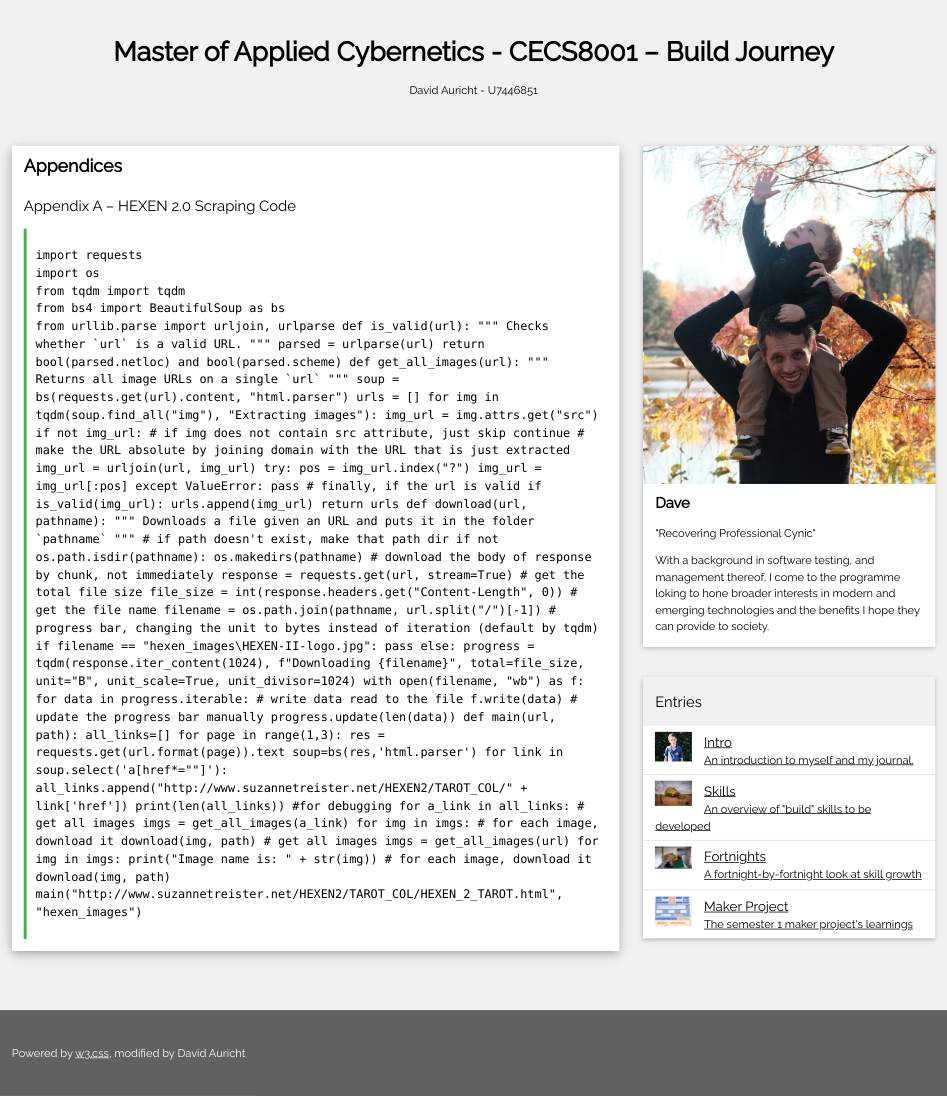
Repository: TodaysSawyer/cecs_8001_journal
Page: CECS_8001_build_journal/appendices.html
An editor plug-in stored every save of this project. The page is shown before and after the next save, followed by the edit.
The browser window is 1280 px wide. The pictures show the whole page, at 74% of full size.

Above is the page before, as saved 2022-08-23 11:06:29.

### CECS_8001_build_journal/appendices.html
<!--Site layout and design credit goes to W3 Schools' "Blog template" from https://www.w3schools.com/w3css/tryw3css_templates_blog.htm-->
<!--Modifications and content by David Auricht-->

<!DOCTYPE html>
<html>
<head>
<title>David Auricht's Cybernetics Build Journal</title>
<meta charset="UTF-8">
<meta name="viewport" content="width=device-width, initial-scale=1">
<link rel="stylesheet" href="https://www.w3schools.com/w3css/4/w3.css">
<link rel="stylesheet" href="https://fonts.googleapis.com/css?family=Raleway">
<style>
body,h1,h2,h3,h4,h5 {font-family: "Raleway", sans-serif}
</style>
</head>
<body class="w3-light-grey">

<!-- w3-content defines a container for fixed size centered content,
and is wrapped around the whole page content, except for the footer in this example -->
<div class="w3-content" style="max-width:1400px">

<!-- Header -->
<header class="w3-container w3-center w3-padding-32">
  <h1><b>Master of Applied Cybernetics - CECS8001 – Build Journey</b></h1>
  <p>David Auricht - U7446851</p>
</header>

<!-- Grid -->
<div class="w3-row">

<!-- Blog entries -->
<div class="w3-col l8 s12">
  <!-- Blog entry -->
  <div class="w3-card-4 w3-margin w3-white">
    <div class="w3-container">
      <h3><b>Appendices</b></h3>
    </div>

    <div class="w3-container">
      <h4>Appendix A – HEXEN 2.0 Scraping Code</h4>
      <div class="w3-code">
        <p>import requests
        <br>import os
        <br>from tqdm import tqdm
        <br>from bs4 import BeautifulSoup as bs
        <br>from urllib.parse import urljoin, urlparse

          def is_valid(url):
              """
              Checks whether `url` is a valid URL.
              """
              parsed = urlparse(url)
              return bool(parsed.netloc) and bool(parsed.scheme)

          def get_all_images(url):
              """
              Returns all image URLs on a single `url`
              """
              soup = bs(requests.get(url).content, "html.parser")
              urls = []
              for img in tqdm(soup.find_all("img"), "Extracting images"):
                  img_url = img.attrs.get("src")
                  if not img_url:
                     # if img does not contain src attribute, just skip
                      continue
                 # make the URL absolute by joining domain with the URL that is just extracted
                  img_url = urljoin(url, img_url)
                  try:
                      pos = img_url.index("?")
                      img_url = img_url[:pos]
                  except ValueError:
                      pass
                  # finally, if the url is valid
                  if is_valid(img_url):
                      urls.append(img_url)
              return urls

          def download(url, pathname):
              """
              Downloads a file given an URL and puts it in the folder `pathname`
              """
              # if path doesn't exist, make that path dir
              if not os.path.isdir(pathname):
                  os.makedirs(pathname)
              # download the body of response by chunk, not immediately
              response = requests.get(url, stream=True)
              # get the total file size
              file_size = int(response.headers.get("Content-Length", 0))
              # get the file name
              filename = os.path.join(pathname, url.split("/")[-1])
              # progress bar, changing the unit to bytes instead of iteration (default by tqdm)
              if filename == "hexen_images\HEXEN-II-logo.jpg":
                  pass
              else:
                  progress = tqdm(response.iter_content(1024), f"Downloading {filename}", total=file_size, unit="B", unit_scale=True, unit_divisor=1024)
                  with open(filename, "wb") as f:
                      for data in progress.iterable:
                          # write data read to the file
                          f.write(data)
                          # update the progress bar manually
                          progress.update(len(data))

          def main(url, path):
              all_links=[]
              for page in range(1,3):
                  res = requests.get(url.format(page)).text
                  soup=bs(res,'html.parser')
                  for link in soup.select('a[href*=""]'):
                      all_links.append("http://www.suzannetreister.net/HEXEN2/TAROT_COL/" + link['href'])

              print(len(all_links))   #for debugging
              for a_link in all_links:
                      # get all images
                  imgs = get_all_images(a_link)
                  for img in imgs:
                      # for each image, download it
                      download(img, path)

              # get all images
              imgs = get_all_images(url)
              for img in imgs:
                  print("Image name is: " + str(img))
                  # for each image, download it
                  download(img, path)

          main("http://www.suzannetreister.net/HEXEN2/TAROT_COL/HEXEN_2_TAROT.html", "hexen_images")
          </p>
      </div>
  </div>
  </div>
  <hr>
<!-- END BLOG ENTRIES -->
</div>

<!-- Sidebar -->
<div class="w3-col l4">
  <!-- About Card -->
  <div class="w3-card w3-margin w3-margin-top">
  <img src="home_dave_profile.jpg" style="width:100%">
    <div class="w3-container w3-white">
      <h4><b>Dave</b></h4>
      <p>"Recovering Professional Cynic"</p>
      <p>With a background in software testing, and management thereof, I come to the programme loking to hone broader interests in modern and emerging technologies and the benefits I hope they can provide to society.</p>
    </div>
  </div><hr>

  <!-- Posts -->
  <div class="w3-card w3-margin">
    <div class="w3-container w3-padding">
      <h4>Entries</h4>
    </div>
    <ul class="w3-ul w3-hoverable w3-white">
      <li>
         <a href="index.html" target="_self">
         <img src="sidebar_intro_icon.jpg" alt="Image" class="w3-left w3-margin-right" style="width:50px">
         <span class="w3-large">Intro</span><br>
         <span>An introduction to myself and my journal.</span>
         </a>
      </li>
      <li>
        <a href="skills.html" target="_self">
        <img src="skills_balloon.jpg" alt="Image" class="w3-left w3-margin-right" style="width:50px">
        <span class="w3-large">Skills</span><br>
        <span>An overview of "build" skills to be developed</span>
        </a>
     </li>
      <li>
        <a href="fortnights.html" target="_self">
        <img src="fortnights_f4_screenshot.jpg" alt="Image" class="w3-left w3-margin-right" style="width:50px">
        <span class="w3-large">Fortnights</span><br>
        <span>A fortnight-by-fortnight look at skill growth</span>
        </a>
     </li>
     <li>
      <a href="maker_project.html" target="_self">
      <img src="maker_schematic.jpg" alt="Image" class="w3-left w3-margin-right" style="width:50px">
      <span class="w3-large">Maker Project</span><br>
      <span>The semester 1 maker project's learnings</span>
      </a>
   </li>
    </ul>
  </div>
  <hr>

<!-- END Sidebar -->
</div>

<!-- END GRID -->
</div><br>

<!-- END w3-content -->
</div>

<!-- Footer -->
<footer class="w3-container w3-dark-grey w3-padding-32 w3-margin-top">
  <p>Powered by <a href="https://www.w3schools.com/w3css/default.asp" target="_blank">w3.css</a>, modified by David Auricht</p>
</footer>

</body>
</html>

After the next save:
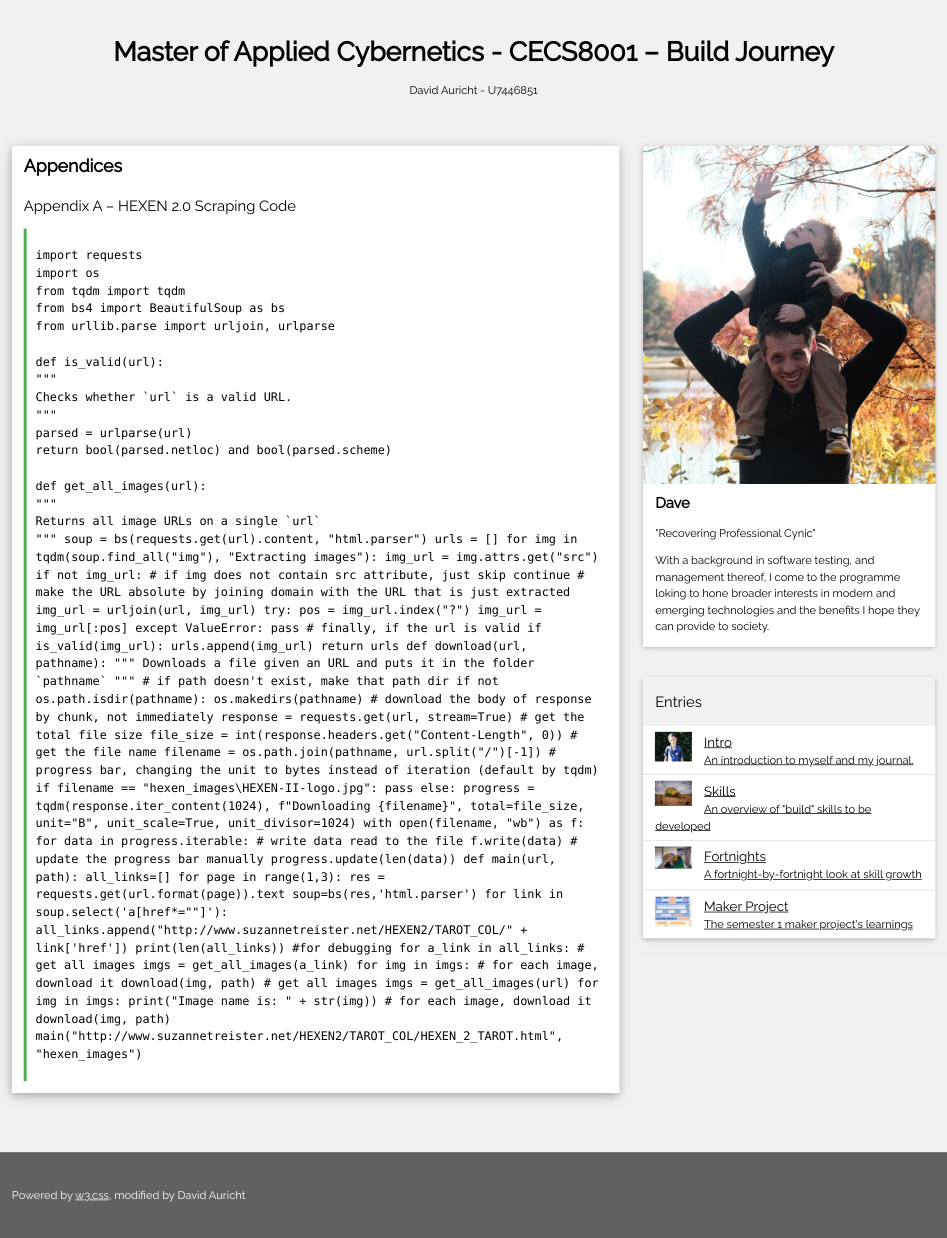
Saved 33 s later.
--- a/CECS_8001_build_journal/appendices.html
+++ b/CECS_8001_build_journal/appendices.html
@@ -44,18 +44,18 @@ and is wrapped around the whole page content, except for the footer in this exam
         <br>from tqdm import tqdm
         <br>from bs4 import BeautifulSoup as bs
         <br>from urllib.parse import urljoin, urlparse
-
-          def is_valid(url):
-              """
-              Checks whether `url` is a valid URL.
-              """
-              parsed = urlparse(url)
-              return bool(parsed.netloc) and bool(parsed.scheme)
-
-          def get_all_images(url):
-              """
-              Returns all image URLs on a single `url`
-              """
+        <br>
+        <br>def is_valid(url):
+        <br>      """
+        <br>      Checks whether `url` is a valid URL.
+        <br>      """
+        <br>      parsed = urlparse(url)
+        <br>      return bool(parsed.netloc) and bool(parsed.scheme)
+        <br>
+        <br>  def get_all_images(url):
+        <br>      """
+        <br>      Returns all image URLs on a single `url`
+        <br>      """
               soup = bs(requests.get(url).content, "html.parser")
               urls = []
               for img in tqdm(soup.find_all("img"), "Extracting images"):
